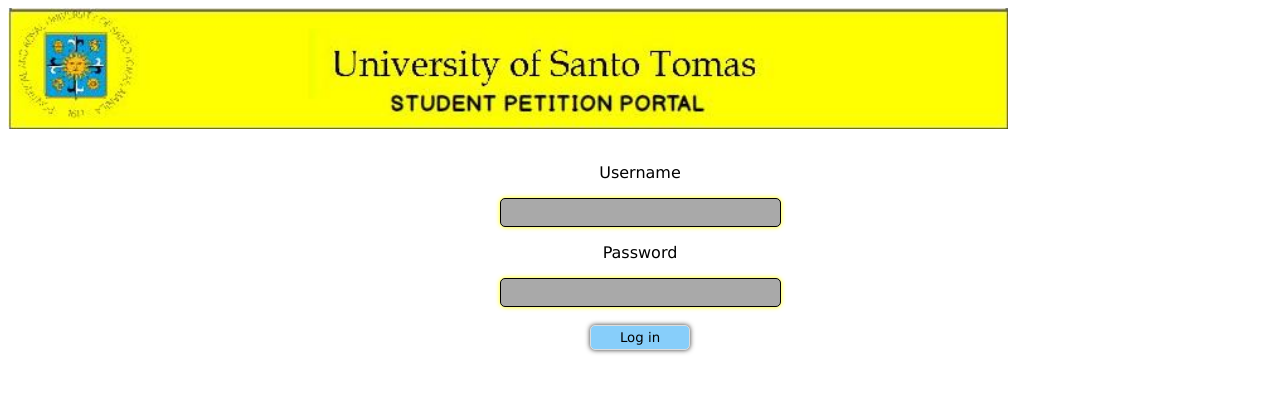
Repository: mawewatistel/PetitioningSystem
Page: http://localhost/SibuloTolentino/
These files come from the project's save history. The page is drawn as it stood at one moment and after the next save; the edit follows.
The browser window is 1280 px wide. The pictures show the whole page.
The page is served by Tomcat 9.

Above is the page before, as saved 2016-05-10 04:20:05.

After the next save:
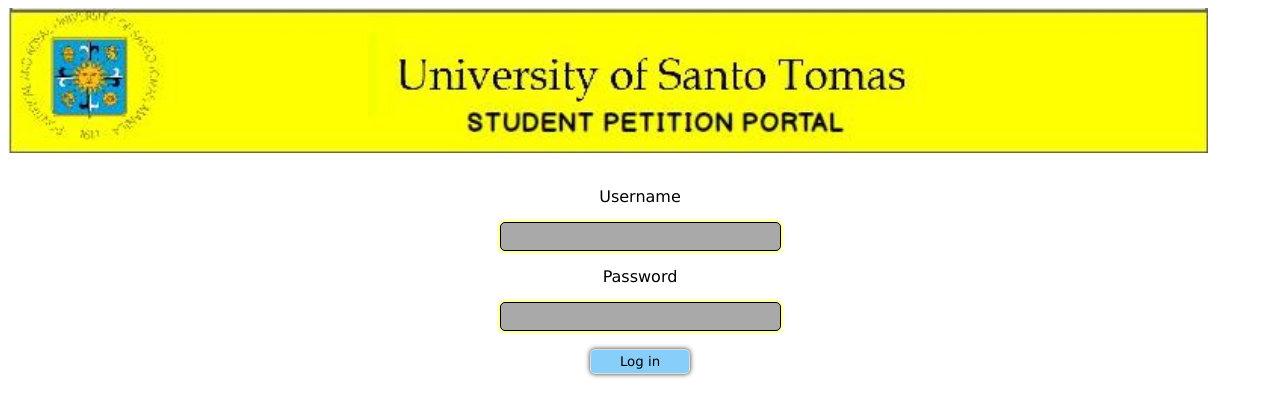
Saved 12 s later.
--- a/SibuloTolentino/WebContent/index.jsp
+++ b/SibuloTolentino/WebContent/index.jsp
@@ -9,7 +9,7 @@
 <body>
 <div id ="wrapperHeader">
 <div id= "header">
-<img src ="Images/ust.JPG" alt = "Missing Image!=" width = 1000 height= >
+<img src ="Images/ust.JPG" alt = "Missing Image!=" width = 1200 height= >
 </div>
 </div>
 <form action="login.jsp" method="post"> <br/>
